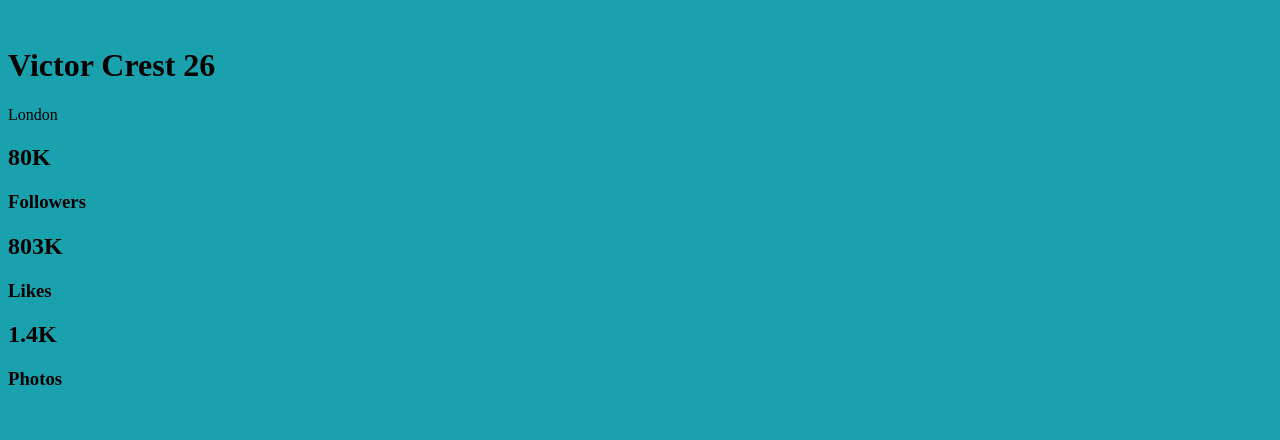
Repository: shayanabedi98/profile-card-component
Page: index.html
The author's editor kept a copy of each file at every save. The page is drawn from the files as they stood at one save, then again after the next save.
The browser window is 1280 px wide. The pictures show the whole page.

Above is the page before, as saved 2023-09-27 11:56:09.

After the next save:
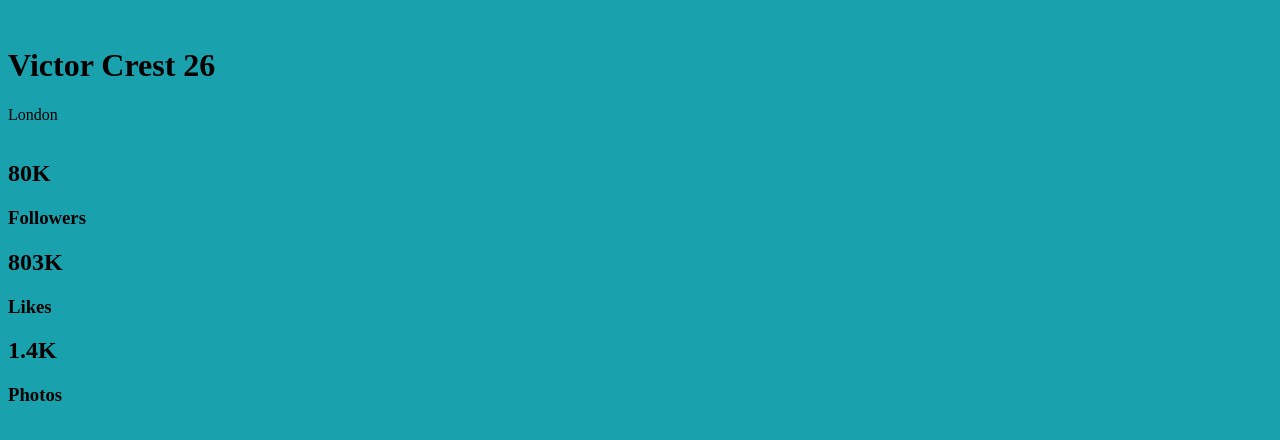
Saved 9 s later.
--- a/styles.css
+++ b/styles.css
@@ -5,3 +5,7 @@ body {
 .grid-container {
     display: grid;
 }
+
+.card {
+    display: grid;
+}
